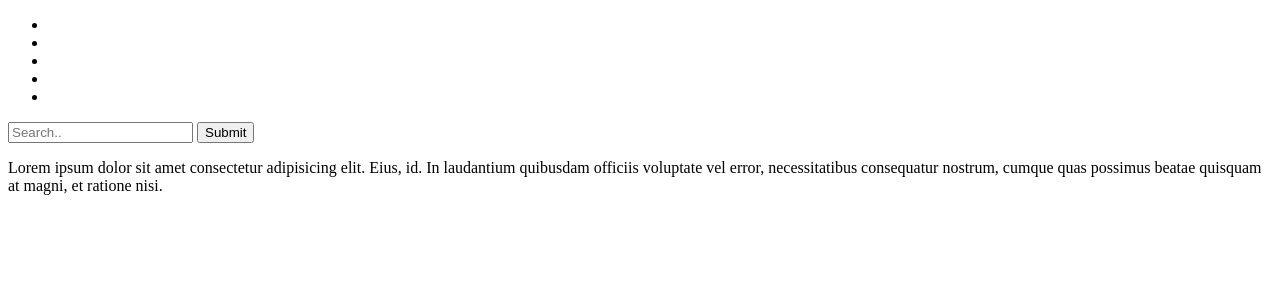
Repository: manhkkkk/assigntment
Page: index.html
An editor plug-in stored every save of this project. The page is shown before and after the next save, followed by the edit.
The browser window is 1280 px wide. The pictures show the whole page.

Above is the page before, as saved 2022-01-09 21:20:19.

After the next save:
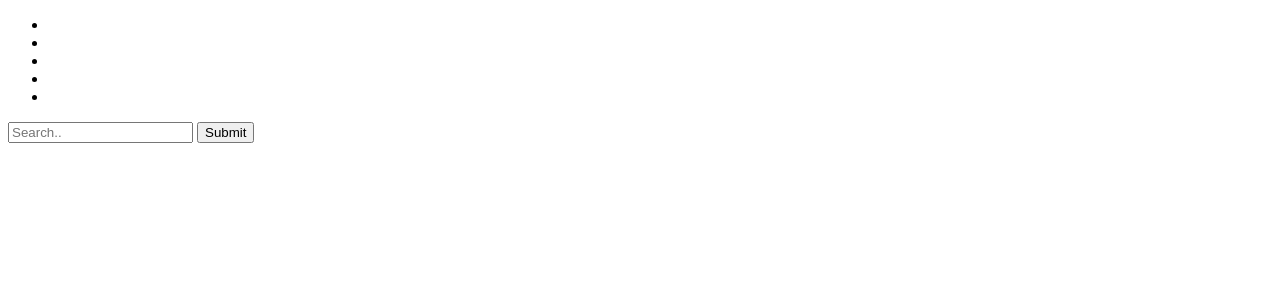
Saved 10 s later.
--- a/index.html
+++ b/index.html
@@ -27,11 +27,5 @@
             </div>
         </header>
         <script type="module" src="./src/main.js"></script>
-        <p>
-            Lorem ipsum dolor sit amet consectetur adipisicing elit. Eius, id.
-            In laudantium quibusdam officiis voluptate vel error, necessitatibus
-            consequatur nostrum, cumque quas possimus beatae quisquam at magni,
-            et ratione nisi.
-        </p>
     </body>
 </html>
